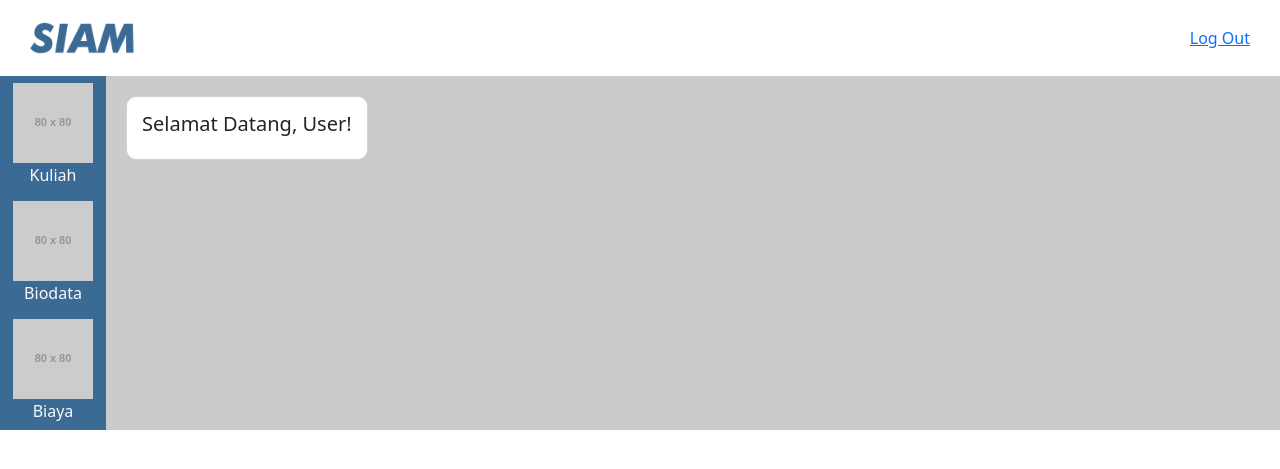
Repository: haikalirf/Project-IMK
Page: kuliah.html
These files come from the project's save history. The page is drawn as it stood at one moment and after the next save; the edit follows.
The browser window is 1280 px wide. The pictures show the whole page.

Above is the page before, as saved 2022-12-10 13:07:53.

### kuliah.html
<!DOCTYPE html>
<html lang="en">
<head>
	<meta charset="UTF-8">
	<meta http-equiv="X-UA-Compatible" content="IE=edge">
	<meta name="viewport" content="width=device-width, initial-scale=1.0">
	<title>SIAM</title>
	<link rel="icon" href="/assets/logo_ub.ico">
	<link rel="stylesheet" href="https://cdn.jsdelivr.net/npm/bootstrap@5.2.3/dist/css/bootstrap.min.css" integrity="sha384-rbsA2VBKQhggwzxH7pPCaAqO46MgnOM80zW1RWuH61DGLwZJEdK2Kadq2F9CUG65" crossorigin="anonymous">
	<link rel="stylesheet" href="/styles/kuliah.css">
</head>
<body>
	<nav class="navbar" id="navbar">
		<a class="navbar-brand" href="/kuliah.html">
			<img id="navbar-image" src="/assets/SIAM.png" alt="SIAM">
		</a>
		<a class="navbar-link" href="#">Log Out</a>
	</nav>
	<div id="content">
		<div id="sidebar">
			<a class="btn" href="">
				<img id="sidebar-kuliah" src="https://via.placeholder.com/80" alt="Kuliah">
				<br>
				<label for="sidebar-kuliah">Kuliah</label>
			</a>
			<a class="btn" href="">
				<img id="sidebar-biodata" src="https://via.placeholder.com/80" alt="Biodata">
				<br>
				<label for="sidebar-biodata">Biodata</label>
			</a>
			<a class="btn" href="">
				<img id="sidebar-biaya" src="https://via.placeholder.com/80" alt="Biaya">
				<br>
				<label for="sidebar-biaya">Biaya</label>
			</a>
		</div>
		<main>
			<div>
				<div class="card" id="card-user">
					<h5 class="card-title">Selamat Datang, User!</h5>
					<img src="" alt="">
				</div>
			</div>
		</main>
	</div>
	<script src="https://cdn.jsdelivr.net/npm/bootstrap@5.2.3/dist/js/bootstrap.bundle.min.js" integrity="sha384-kenU1KFdBIe4zVF0s0G1M5b4hcpxyD9F7jL+jjXkk+Q2h455rYXK/7HAuoJl+0I4" crossorigin="anonymous"></script>
</body>
</html>

### styles/kuliah.css
*, *::before, *::after {
	box-sizing: border-box;
}

#navbar {
	display: flex;
	justify-content: space-between;
	margin: 0px 30px;
}

#navbar-image {
	height: 50px;
}

#content {
	display: flex;
}

#sidebar {
	background-color: #3b6a94;
	display: flex;
	flex-direction: column;
}

a img, a label {
	color: #f9f9f9;
}

main {
	background-color: #cbcbcb;
	display: flex;
	flex-grow: 1;
}

.card {
	margin: 20px;
	padding: 15px;
	border-radius: 10px;
}

After the next save:
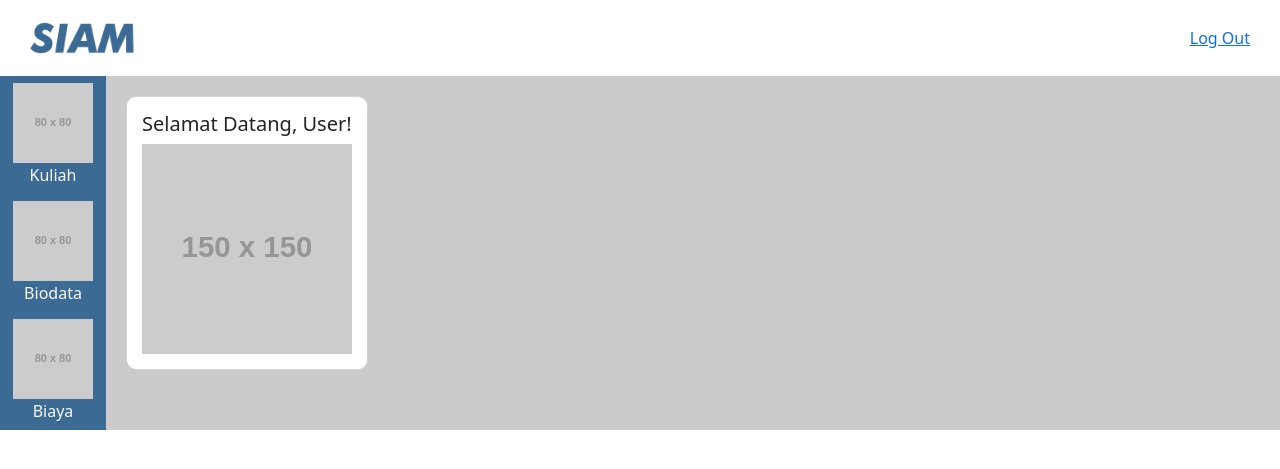
Saved 15 s later.
--- a/kuliah.html
+++ b/kuliah.html
@@ -38,7 +38,7 @@
 			<div>
 				<div class="card" id="card-user">
 					<h5 class="card-title">Selamat Datang, User!</h5>
-					<img src="" alt="">
+					<img src="https://via.placeholder.com/150" alt="">
 				</div>
 			</div>
 		</main>
